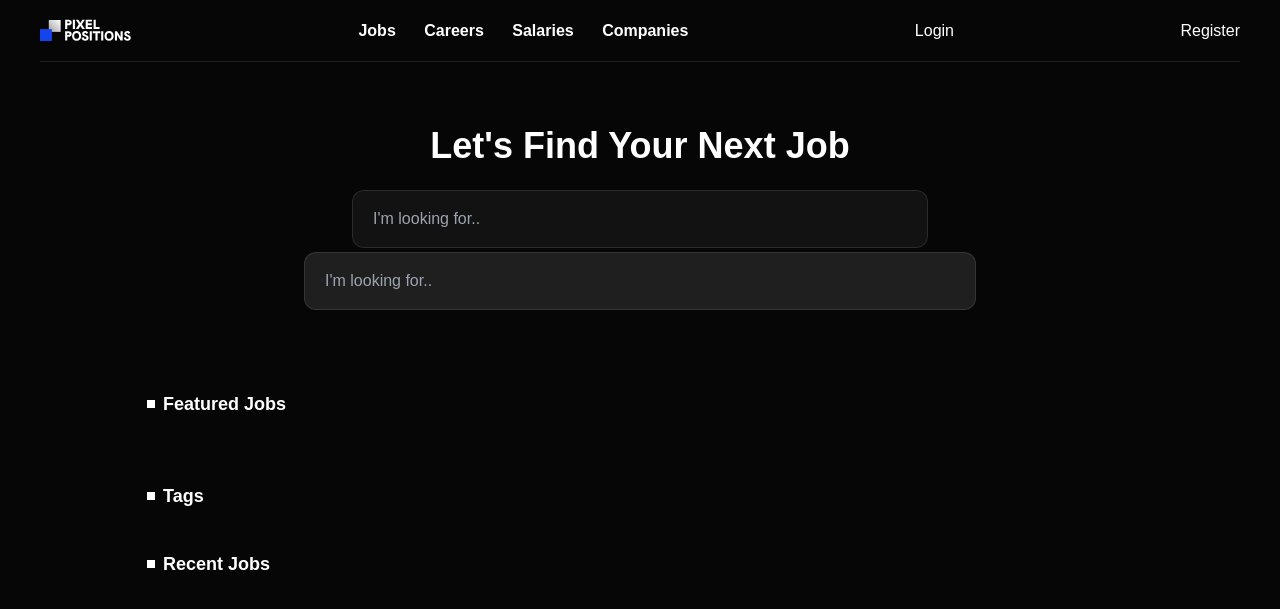
Repository: aggepap/pixel-positions-laravel
Page: resources/views/jobs/index.blade.php
These files come from the project's save history. The page is drawn as it stood at one moment and after the next save; the edit follows.
The browser window is 1280 px wide. The pictures show the whole page.
Some web fonts or font styles are not loaded; a fallback is used. The page is served by the project's Laravel application, run on PHP 8.4 with Laravel 12. Other server files are loaded and not shown. Style sheets and scripts are compiled from the project's sources, by tool versions that may differ from the author's. The template is opened directly, without the code that normally fills it, so the values that code supplies are empty.

Above is the page before, as saved 2025-02-22 21:49:36.

### routes/web.php
<?php

use App\Http\Controllers\AuthenticatedSessionController;
use App\Http\Controllers\JobController;
use App\Http\Controllers\RegisteredUserController;
use Illuminate\Support\Facades\Route;

Route::get('/', [JobController::class, 'index'])->name('home');
Route::middleware('guest')->group(function () {
    Route::get('/register', [RegisteredUserController::class, 'create']);
    Route::post('/register', [RegisteredUserController::class, 'store']);
    Route::get('/login', [AuthenticatedSessionController::class, 'create']);
    Route::post('/login', [AuthenticatedSessionController::class, 'store']);
});
Route::delete('/logout', [AuthenticatedSessionController::class, 'destroy'])->middleware('auth');

### resources/views/jobs/index.blade.php
<x-layout>
    <div class="space-y-10">

        <section class= "text-center pt-6">
            <h1 class="font-bold text-4xl mb-6">Let's Find Your Next Job</h1>
            <form action="">
                <input type="text" placeholder="I'm looking for.." class="w-full bg-white/5 rounded-xl border border-white/10 p-2 px-5 py-4 max-w-xl">
            </form>
            <x-forms.form action="/search">
            <x-forms.input name="q" placeholder="I'm looking for.." />
            </x-forms.form>
        </section>

    <section class="pt-10">
      <x-section-heading>Featured Jobs</x-section-heading>
        <div class="grid lg:grid-cols-3 gap-8 mt-6">
            @foreach ($featuredJobs as $job )
            <x-job-card :$job />
            @endforeach

        </div>

    </section>
    <section>
       <x-section-heading>Tags</x-section-heading>

       <div class="mt-6 space-x-1">
        @foreach ($tags as $tag )
        <x-tag :$tag />
        @endforeach


       </div>
    </section>
   <section>
    <x-section-heading>Recent Jobs</x-section-heading>

    <div class="mt-6 space-y-6">
        @foreach ($jobs as $job )
        <x-job-card-wide :$job />
        @endforeach


        </div>
    </section>
</div>
</x-layout>

### resources/views/components/section-heading.blade.php
<div class="inline-flex items-center gap-2">
  <span class="w-2 h-2 bg-white inline-block"  ></span>
<h3 class="text-lg font-bold">

  {{$slot}}</h3></div>

### resources/views/components/layout.blade.php
<!DOCTYPE html>
<html lang="en">
<head>
  <meta charset="UTF-8">
  <meta name="viewport" content="width=device-width, initial-scale=1.0">
  <title>Pixel Positions</title>
  <link rel="preconnect" href="https://fonts.googleapis.com">
<link rel="preconnect" href="https://fonts.gstatic.com" crossorigin>
<link href="https://fonts.googleapis.com/css2?family=Hanken+Grotesk:ital,wght@400;500;600&display=swap" rel="stylesheet">
  @vite(['resources/js/app.js', 'resources/css/app.css'])
</head>
<body class="bg-black text-white font-hanken">
  <div class="px-10">
    <nav class="flex justify-between items-center py-4 border-b border-white/10">
      <div class="">
        <a href="/"> <img src="{{Vite::asset('resources/images/logo.svg')}}" alt="Logo"></a>

      </div>
      <div class="space-x-6 font-bold"><a href="#">Jobs</a>
      <a href="#">Careers</a>
      <a href="#">Salaries</a>
       <a href="#">Companies</a>
      </div>
      @auth
      <div class=""><a href="/jobs/create">Post a job</a></div>
      @endauth
      @guest
        <div class="/login"><a href="/login">Login</a></div>
        <div class="/register"><a href="/register">Register</a></div>
      @endguest
    </nav>
    <main class="mt-10 max-w-[986px] mx-auto">{{$slot}}</main>
  </div>
</body>
</html>

### resources/views/components/job-card.blade.php
@props(['job'])
<x-panel class="flex flex-col text-center">
  <div class="self-start text-sm">{{$job->employer->name}}</div>
     <div class="py-8"><h3 class="group-hover:text-blue-500 transition-colors duration-300 text-xl  font-bold">{{$job->title}}</h3>
     <p class="text-sm mt-4">{{$job->schedule}}-{{$job->salary}}</p></div>
  <div class="flex justify-between items-center mt-auto">
      <div class="">
        @foreach ($job->tags as $tag)
        <x-tag :$tag size="small">{{$tag->name}}</x-tag>
        @endforeach



  </div>
  <x-employer-logo :width=42></x-employer-logo>

  </div>

</x-panel>

### resources/views/components/tag.blade.php
@props(['tag', 'size' => 'base'])
@php
  if($size == 'base') {
    $fontSize = 'text-xs';
    $padding = 'px-5 py-1';
  }
  if($size == 'small') {
    $fontSize = 'text-2xs';
    $padding = 'px-3 py-1';
  }
@endphp
<a href="/tags/{{strtolower($tag->name)}}" class="bg-white/10  rounded-xl {{$fontSize}} {{$padding}} hover:bg-white/25 font-bold  transition-colors duration-300 ">{{$tag->name}}</a>

### resources/views/components/job-card-wide.blade.php
@props(['job'])
  <x-panel class="flex gap-x-6">
  <x-employer-logo :width=90></x-employer-logo>
  <div class="flex-1 flex flex-col justify-between">

  <a href="#" class="self-start text-sm text-gray-400">{{$job->employer->name}}</a>
  <h3 class="font-bold text-xl mt-3 group-hover:text-blue-500 ">{{$job->title}}</h3>
  <p class="text-sm text-gray-400 mt-auto">{{$job->schedule}} - {{$job->salary}}</p>
</div>

      <div class=" ">
        @foreach ($job->tags as $tag)
        <x-tag :$tag size="small">{{$tag->name}}</x-tag>
        @endforeach


  </div>

</x-panel>

### resources/views/components/forms/label.blade.php
@props(['name', 'label'])

<div class="inline-flex items-center gap-2">
    <span class="w-2 h-2 bg-white inline-block"></span>
    <label class="font-bold" for="{{ $name }}">{{ $label }}</label>
</div>

### resources/images/logo.svg
<svg width="92" height="29" viewBox="0 0 92 29" fill="none" xmlns="http://www.w3.org/2000/svg">
    <path fill="url(#eq4u6l1jfa)" d="M8.787 4.021h11.877v11.877H8.787z"/>
    <path fill="#1544EF" d="M0 13.107h11.877v11.877H0z"/>
    <path d="M25.16 13V3.653h3.285c2.159 0 3.245.899 3.245 2.75 0 1.863-1.113 2.842-3.245 2.842H27.25V13H25.16zm2.091-5.686h.979c.858 0 1.354-.134 1.354-.885 0-.71-.429-.845-1.354-.845h-.979v1.73zM32.846 13V3.653h2.106V13h-2.106zm2.988 0 3.044-4.64-3.057-4.707h2.521L40.34 6.9l1.998-3.246h2.508L41.788 8.36 44.846 13h-2.521l-1.998-3.124L38.355 13h-2.52zm9.872 0V3.653h6.276v1.931h-4.17v1.61h3.969v1.944h-3.97v1.931h4.17V13h-6.275zm7.936 0V3.653h2.105v7.416h3.836V13h-5.941zM25.16 24.574v-9.347h3.285c2.159 0 3.245.898 3.245 2.75 0 1.863-1.113 2.842-3.245 2.842H27.25v3.755H25.16zm2.091-5.686h.979c.858 0 1.354-.134 1.354-.885 0-.71-.429-.845-1.354-.845h-.979v1.73zm9.367 5.927c-2.71 0-4.573-1.971-4.573-4.908 0-2.95 1.864-4.921 4.573-4.921 2.735 0 4.586 1.957 4.586 4.921 0 2.95-1.878 4.908-4.586 4.908zm0-2.011c1.515 0 2.467-1.113 2.467-2.897 0-1.797-.952-2.91-2.467-2.91-1.502 0-2.468 1.086-2.468 2.91 0 1.81.966 2.897 2.468 2.897zm8.63 1.97c-1.944 0-3.472-1.166-3.754-2.95l2.092-.522c.094 1.1.764 1.609 1.703 1.609.684 0 1.247-.335 1.247-1.046 0-.43-.429-.751-1.65-1.247-1.997-.805-2.721-1.542-2.721-2.977 0-1.556 1.22-2.655 3.057-2.655 1.3 0 2.347.603 2.95 1.81l-1.743 1.086c-.282-.684-.738-1.032-1.274-1.032-.483 0-.885.308-.885.75 0 .456.362.778 1.703 1.301 2.011.778 2.655 1.449 2.655 2.776 0 1.85-1.475 3.098-3.38 3.098zm4.478-.2v-9.347h2.106v9.347h-2.106zm5.724 0v-7.416h-2.736v-1.931h7.59v1.931h-2.722v7.416H55.45zm5.735 0v-9.347h2.105v9.347h-2.105zm7.91.241c-2.71 0-4.573-1.971-4.573-4.908 0-2.95 1.864-4.921 4.573-4.921 2.735 0 4.586 1.957 4.586 4.921 0 2.95-1.878 4.908-4.586 4.908zm0-2.011c1.515 0 2.467-1.113 2.467-2.897 0-1.797-.952-2.91-2.467-2.91-1.502 0-2.468 1.086-2.468 2.91 0 1.81.966 2.897 2.468 2.897zm11.487-7.577h2.105v9.347h-2.159l-3.513-5.726v5.726h-2.106v-9.347h2.146l3.527 5.7v-5.7zm6.848 9.548c-1.945 0-3.473-1.167-3.755-2.95l2.092-.523c.094 1.1.764 1.609 1.703 1.609.684 0 1.247-.335 1.247-1.046 0-.43-.429-.751-1.65-1.247-1.997-.805-2.721-1.542-2.721-2.977 0-1.556 1.22-2.655 3.057-2.655 1.3 0 2.347.603 2.95 1.81l-1.743 1.086c-.282-.684-.738-1.032-1.274-1.032-.483 0-.885.308-.885.75 0 .456.362.778 1.703 1.301 2.011.778 2.655 1.449 2.655 2.776 0 1.85-1.475 3.098-3.38 3.098z" fill="#fff"/>
    <defs>
        <linearGradient id="eq4u6l1jfa" x1="20.5" y1="4" x2="8" y2="16.5" gradientUnits="userSpaceOnUse">
            <stop stop-color="#fff"/>
            <stop offset="1" stop-color="#999"/>
        </linearGradient>
    </defs>
</svg>

### tailwind.config.js
import defaultTheme from "tailwindcss/defaultTheme";

/** @type {import('tailwindcss').Config} */
export default {
    content: [
        "./vendor/laravel/framework/src/Illuminate/Pagination/resources/views/*.blade.php",
        "./storage/framework/views/*.php",
        "./resources/**/*.blade.php",
        "./resources/**/*.js",
        "./resources/**/*.vue",
    ],
    theme: {
        extend: {
            fontFamily: {
                sans: ["Figtree", ...defaultTheme.fontFamily.sans],
            },
            colors: {
                black: "#060606",
            },
            fontFamily: {
                hanken: ["Hanken", "sans-serif"],
            },
            fontSize: {
                "2xs": "0.625rem",
            },
        },
    },
    plugins: [],
};

Loaded but not shown: app/Providers/AppServiceProvider.php (common file); resources/views/components/forms/input.blade.php (common file); resources/views/components/forms/field.blade.php (common file); resources/views/components/forms/error.blade.php (common file); resources/views/components/forms/form.blade.php (common file); resources/css/app.css (common file)

After the next save:
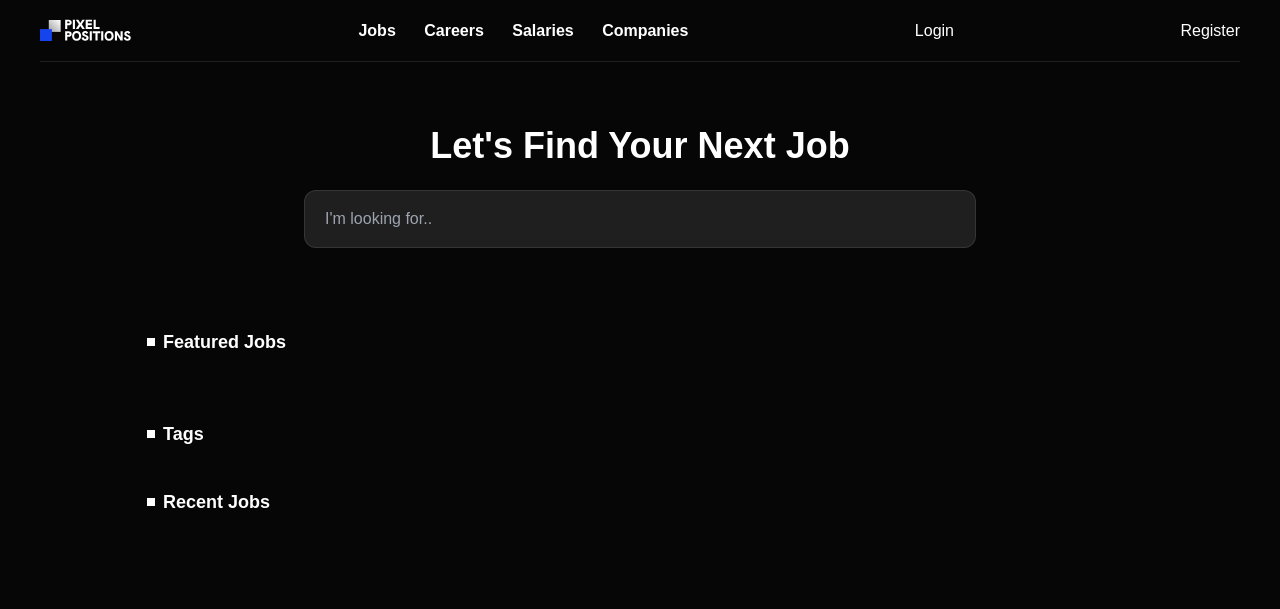
Saved 11 s later.
--- a/resources/views/jobs/index.blade.php
+++ b/resources/views/jobs/index.blade.php
@@ -3,9 +3,7 @@
 
         <section class= "text-center pt-6">
             <h1 class="font-bold text-4xl mb-6">Let's Find Your Next Job</h1>
-            <form action="">
-                <input type="text" placeholder="I'm looking for.." class="w-full bg-white/5 rounded-xl border border-white/10 p-2 px-5 py-4 max-w-xl">
-            </form>
+
             <x-forms.form action="/search">
             <x-forms.input name="q" placeholder="I'm looking for.." />
             </x-forms.form>
